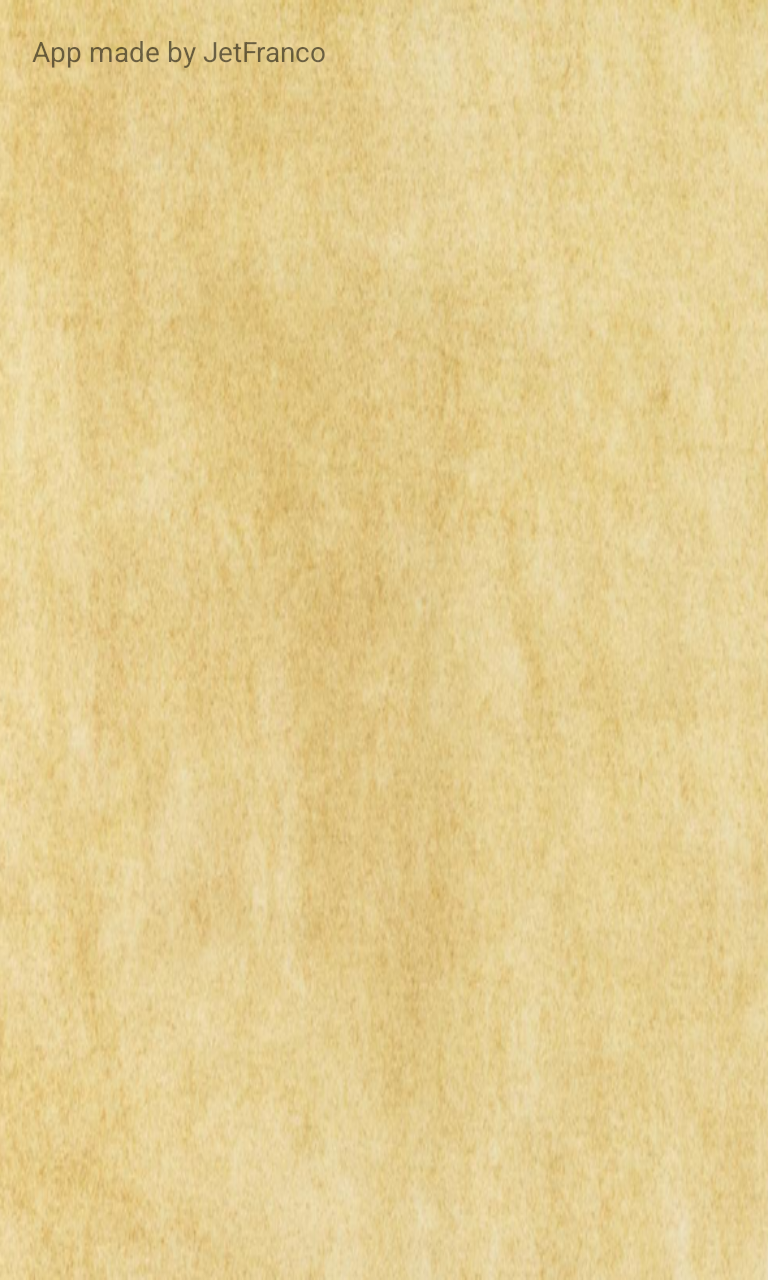
Repository: dtakiy/jogovelha
Layout: games/res/layout/about.xml
An editor plug-in stored every save of this project. The layout is shown before and after a run of saves, followed by the edit.
It is drawn on a 768 x 1280 px phone screen (xhdpi) without system bars, with theme AppTheme; the app's code is not run.

Above is the layout before, as saved 2014-09-19 01:20:17.

After the next 3 saves:
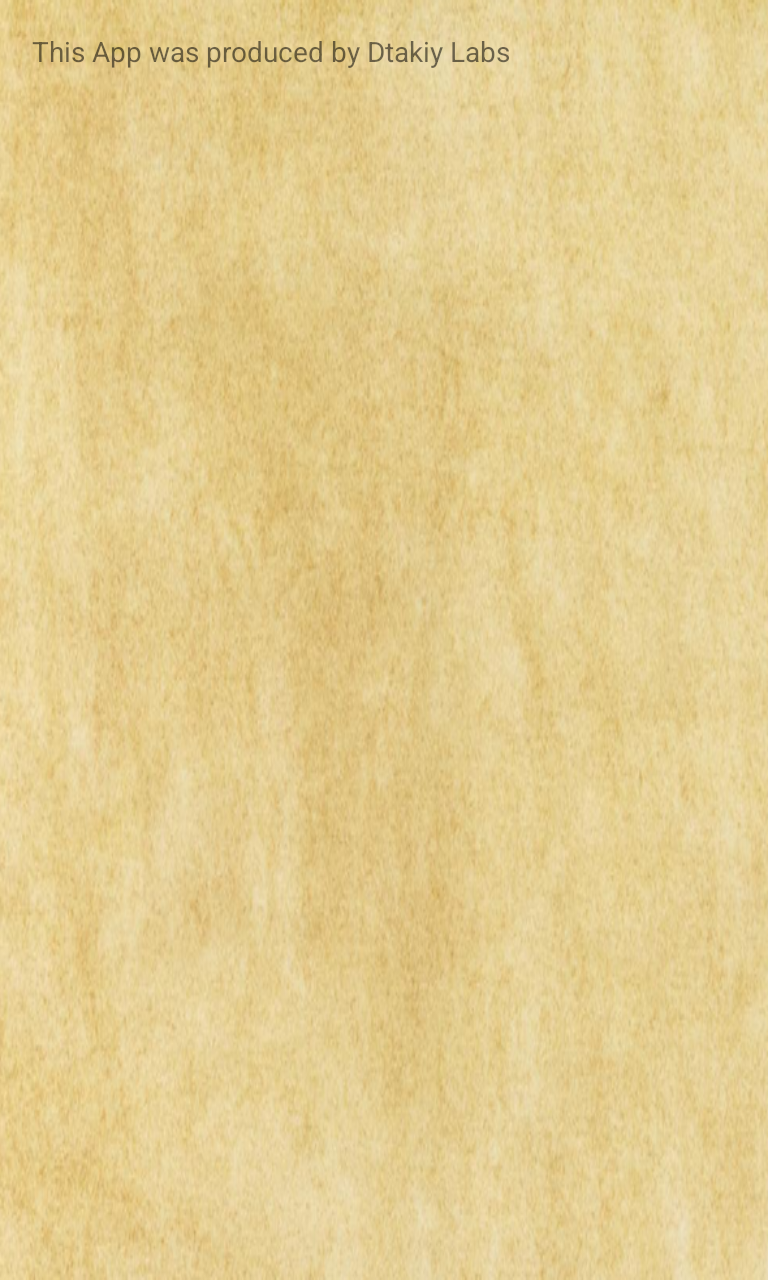
The 3 saves are shown as one change because 2 did not build or start.
The last was saved 2 min 6 s later.
--- a/games/res/layout/about.xml
+++ b/games/res/layout/about.xml
@@ -16,6 +16,4 @@
        android:layout_height="wrap_content"
        android:text="@string/textabout" />
 
-
-
 </RelativeLayout>
--- a/games/res/values/strings.xml
+++ b/games/res/values/strings.xml
@@ -9,6 +9,6 @@
     <string name="p1">P1 Vs P2</string>
     <string name="cpu">P1 Vs CPU</string>
     <string name="about">About</string>
-    <string name="textabout">App made by JetFranco</string>
+    <string name="textabout">This App was produced by Dtakiy Labs</string>
 
 </resources>
